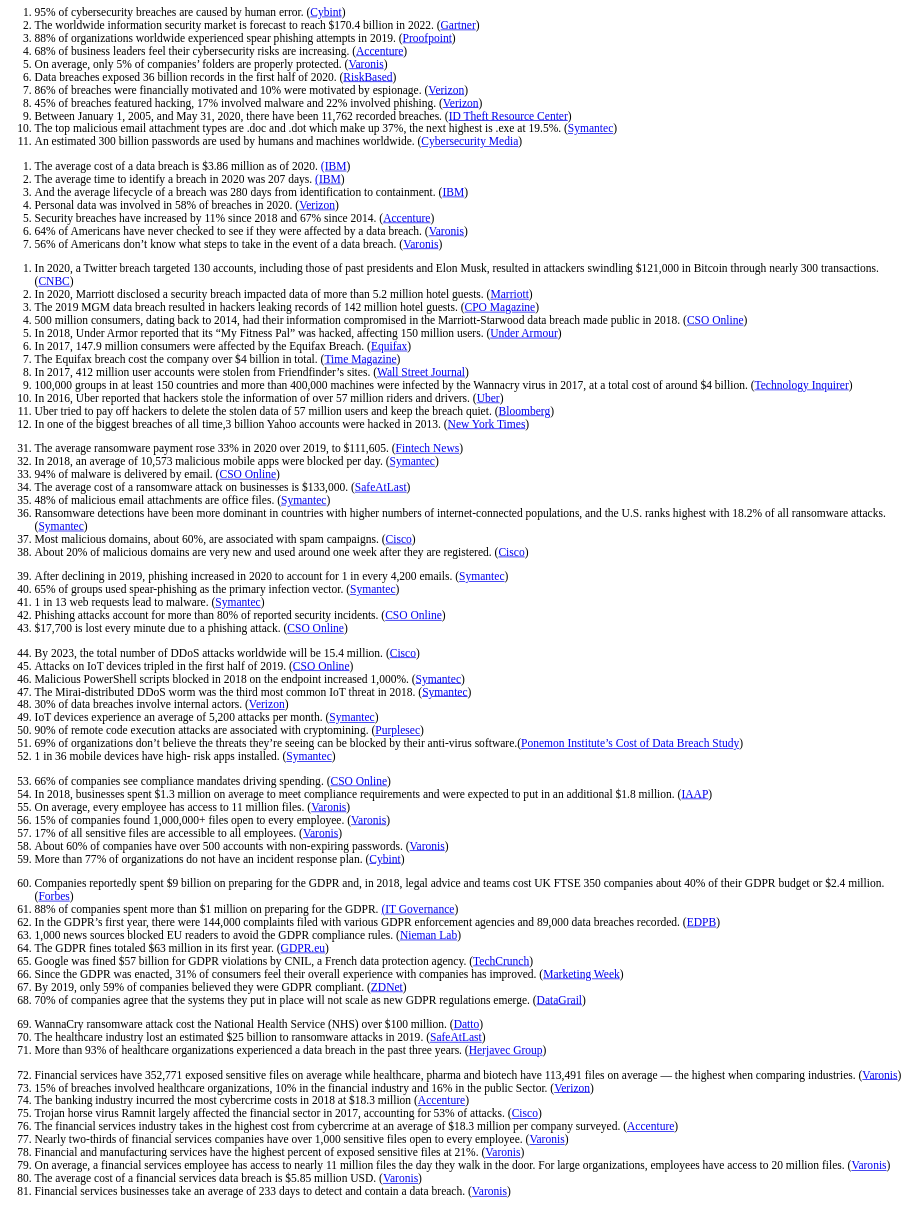
Repository: AniruddhAnand/zero_day_shield
Page: assets/data/facts.html
These files come from the project's save history. The page is drawn as it stood at one moment and after the next save; the edit follows.
The browser window is 1280 px wide. The pictures show the whole page, at 72% of full size.

Above is the page before, as saved 2021-07-10 15:08:38.

After the next save:
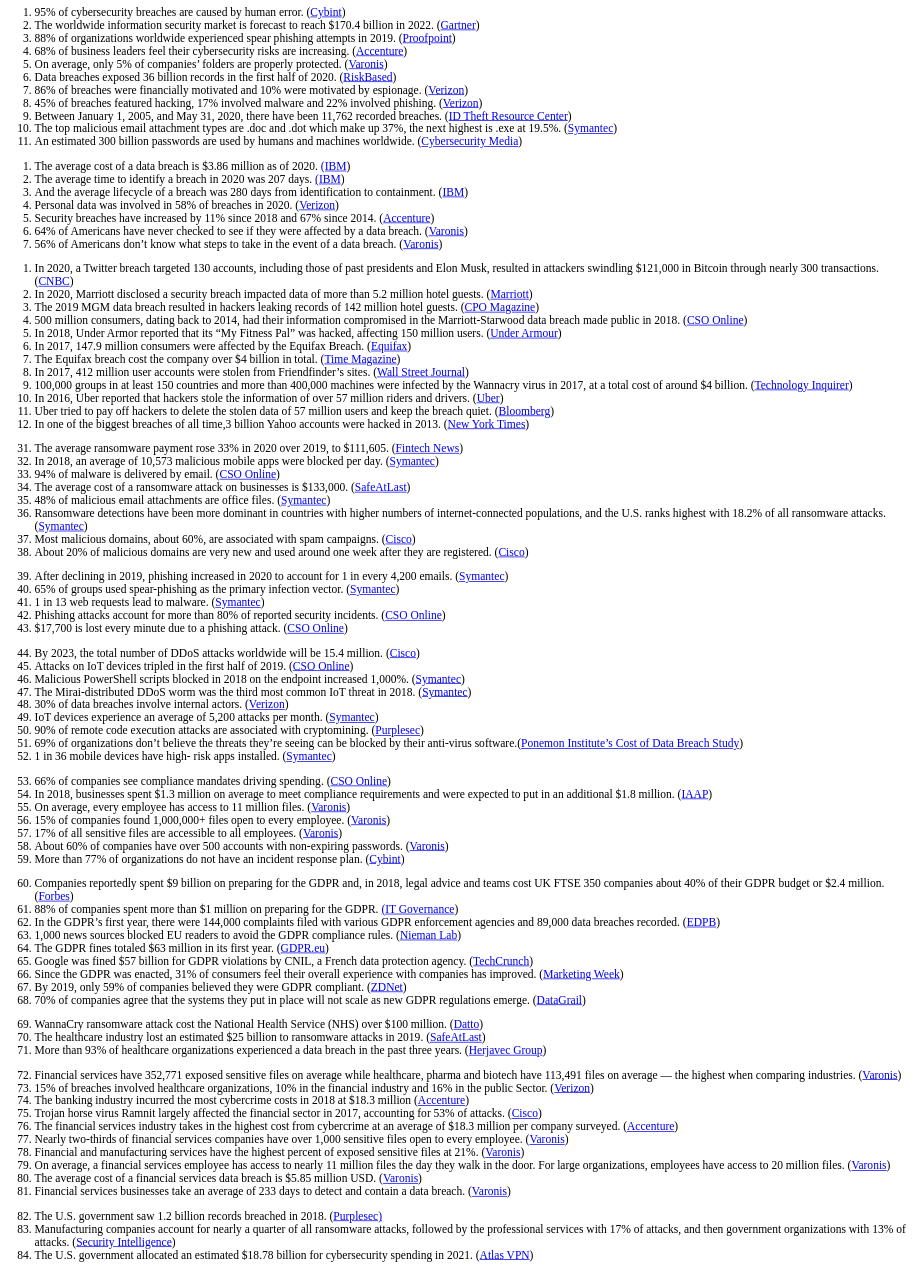
Saved 13 s later.
--- a/assets/data/facts.html
+++ b/assets/data/facts.html
@@ -185,6 +185,11 @@
                             <li aria-level="1">The average cost of a financial services data breach is $5.85 million USD. (<a href="https://info.varonis.com/hubfs/docs/research_reports/2021-Financial-Data-Risk-Report.pdf?utm_content=146358482&amp;utm_medium=social&amp;utm_source=twitter&amp;hss_channel=tw-21672993" target="_blank" rel="noopener noreferrer">Varonis</a>)</li>
                             <li aria-level="1">Financial services businesses take an average of 233 days to detect and contain a data breach. (<a href="https://info.varonis.com/hubfs/docs/research_reports/2021-Financial-Data-Risk-Report.pdf?utm_content=146358482&amp;utm_medium=social&amp;utm_source=twitter&amp;hss_channel=tw-21672993" target="_blank" rel="noopener noreferrer">Varonis</a>)</li>
                             </ol>
+                            <ol start="82">
+                                <li aria-level="1">The U.S. government saw 1.2 billion records breached in 2018. (<a href="https://purplesec.us/resources/cyber-security-statistics/" target="_blank" rel="noopener noreferrer">Purplesec)</a></li>
+                                <li>Manufacturing companies account for nearly a quarter of all ransomware attacks, followed by the professional services with 17% of attacks, and then government organizations with 13% of attacks. (<a href="https://securityintelligence.com/posts/ransomware-2020-attack-trends-new-techniques-affecting-organizations-worldwide/" target="_blank" rel="noopener noreferrer">Security Intelligence</a>)</li>
+                                <li aria-level="1">The U.S. government allocated an estimated $18.78 billion for cybersecurity spending in 2021. (<a href="https://atlasvpn.com/blog/us-government-to-spend-over-18-billion-on-cybersecurity" target="_blank" rel="noopener noreferrer">Atlas VPN</a>)</li>
+                                </ol>
 </body>
 
 </html>
